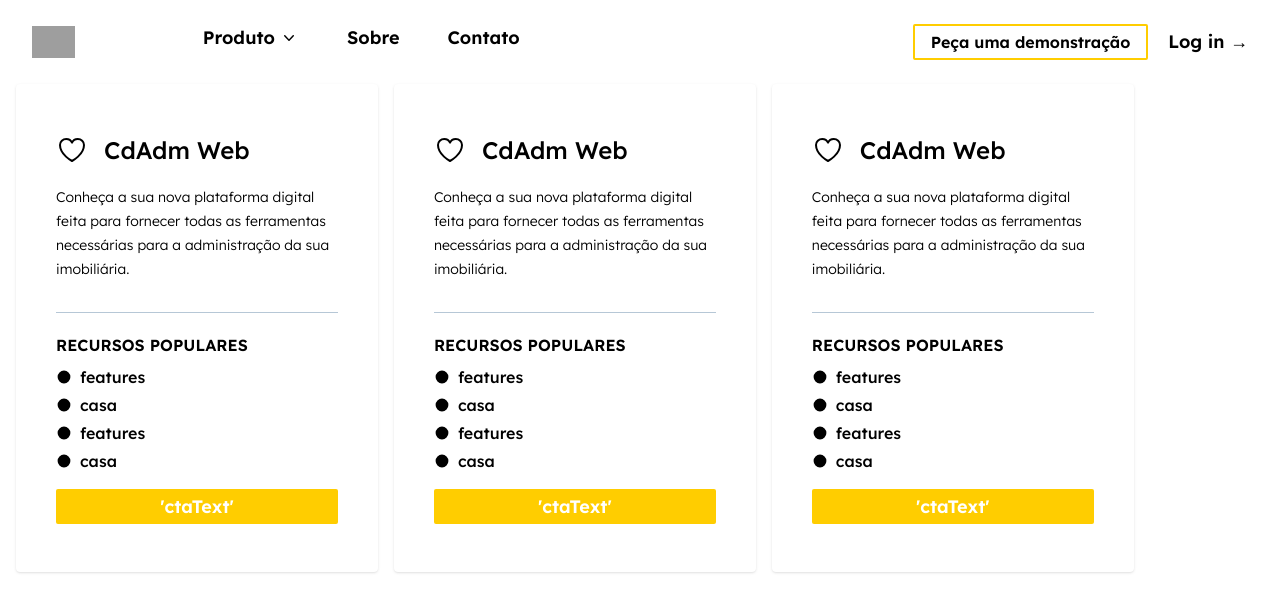
Repository: VereAbsolutum/site-institucional
Page: /
These files come from the project's save history. The page is drawn as it stood at one moment and after a run of saves; the edit follows.
The browser window is 1280 px wide. The pictures show the whole page.
Pictures or frames that could not be fetched are drawn as grey boxes. The project was rebuilt for these pictures with package versions that can differ from the ones it lists, and the page was loaded fresh each time. Also part of the build but not shown: vite.config.ts, src/presentation/components/buttons/button-primary.tsx, src/presentation/components/links/link-border-primary.tsx, src/presentation/components/links/link-border-white.tsx, src/presentation/components/typography/display.tsx, src/presentation/components/typography/heading1.tsx, src/presentation/components/typography/heading2.tsx, src/presentation/components/typography/heading3.tsx and 4 more.

Above is the page before, as saved 2023-04-14 21:26:55.

### src/App.tsx
import React from 'react'
import { BrowserRouter, Routes, Route } from "react-router-dom"
import { Home, NotFound } from './presentation/pages'

const App: React.FC = () => {
  return (
    <BrowserRouter >
      <Routes>
        <Route path='/' element={<Home />} />
        <Route path='*' element={<NotFound />} />
      </Routes>
    </BrowserRouter>
  )
}

export default App

### src/index.css
@import url("https://fonts.googleapis.com/css?family=lexend+Deca:300,500,600|Playfair+Display:500");

:root {
    --font-family-lexend_deca: "Lexend Deca";
    --font-family-playfair_display: "Playfair Display";
    font-family: 'Lexend Deca', sans-serif;
}

@tailwind base;
@tailwind components;
@tailwind utilities;

### src/presentation/pages/index.ts
export { default as Home } from './home/home'
export { default as NotFound } from './not-found/notFound'

### src/presentation/pages/home/home.tsx
import React from 'react';
import { ButtonBorderPrimary, ButtonPrimary, Header, LinkBorderPrimary, LinkBorderWhite, LinkPrimary, TextCaption, TextDisplay, TextHeading1, TextHeading2, TextHeading3, TextMenu, TextParagraph, TextParagraphSmall } from '../../components';
import ProductCard from '../../components/card/product-card';

const home: React.FC = () => {
    return (
        <>
            <Header />
            <main>
                <section>
                    {/* <div className='inline-flex flex-col space-y-4'>
                        <ButtonBorderPrimary label='click here' />
                        <ButtonPrimary label='click here' />
                        <LinkPrimary>
                            Link to click
                        </LinkPrimary>
                        <LinkBorderPrimary>
                            Link to click
                        </LinkBorderPrimary>
                        <LinkBorderWhite>
                            Link to click
                        </LinkBorderWhite>
                        <TextDisplay>Display</TextDisplay>
                        <TextHeading1>Heading 1</TextHeading1>
                        <TextHeading2>Heading 2</TextHeading2>
                        <TextHeading3>Heading 3</TextHeading3>
                        <TextParagraph>Paragraph</TextParagraph>
                        <TextParagraphSmall>Paragraph Small</TextParagraphSmall>
                        <TextCaption>Caption</TextCaption>
                        <TextMenu>Menu</TextMenu>
                    </div> */}

                </section>

                <section className='container'>
                    <div className='flex gap-4 flex-wrap'>
                        <ProductCard></ProductCard>
                        <ProductCard></ProductCard>
                        <ProductCard></ProductCard>
                    </div>

                </section>
            </main>
        </>


    );
};

export default home;

### src/presentation/components/index.ts
export { default as Header } from './header/header'

export { default as ButtonBase } from './buttons/button-base'
export { default as ButtonBorderPrimary } from './buttons/button-border-primary'
export { default as ButtonPrimary } from './buttons/button-primary'

export { default as LinkBase } from './links/link-base'
export { default as LinkPrimary } from './links/link-primary'
export { default as LinkBorderPrimary } from './links/link-border-primary'
export { default as LinkBorderWhite } from './links/link-border-white'

export { default as TextBase } from './typography/text-base'
export { default as TextDisplay } from './typography/display'
export { default as TextHeading1 } from './typography/heading1'
export { default as TextHeading2 } from './typography/heading2'
export { default as TextHeading3 } from './typography/heading3'
export { default as TextParagraph } from './typography/paragraph'
export { default as TextParagraphSmall } from './typography/paragraph-small'
export { default as TextCaption } from './typography/caption'
export { default as TextMenu } from './typography/menu'

### src/presentation/components/card/product-card.tsx
import { HeartIcon } from '@heroicons/react/24/outline';
import React from 'react';
import { LinkPrimary, TextParagraphSmall } from '..';

type ProductCardProps = {
    imageUrl: string;
    title: string;
    description: string;
    features: string[];
    ctaText: string;
    ctaHref: string;
};

const ProductCard: React.FC = () => {
    return (
        <div className="bg-white p-6 rounded shadow px-10 py-12 w-[29%]">
            <div className="flex flex-col">
                <div className="flex items-center mb-4">
                    <HeartIcon className="w-8 h-auto mr-4 text-blue-500" />
                    <h3 className="font-medium text-[24px]">CdAdm Web</h3>
                </div>
                <div>
                    <p className="mb-8">
                        <TextParagraphSmall>
                            Conheça a sua nova plataforma digital feita para fornecer todas as ferramentas necessárias para a administração da sua imobiliária.
                        </TextParagraphSmall>
                    </p>
                    <div className='border-t-black border-t border-solid pt-5'>
                        <h4 className="font-semibold mb-2">RECURSOS POPULARES</h4>
                        <ul className="list-none mb-4">
                            {["features", "casa", "features", "casa"].map((feature, index) => (
                                <li key={index} className="flex items-center mb-1">
                                    <svg className="w-4 h-4 mr-2 text-green-500" viewBox="0 0 20 20" fill="currentColor">
                                        <path d="M10 18a8 8 0 100-16 8 8 0 000 16zm1-13a1 1 0 10-2 0v4a1 1 0 00.293.707l2.828 2.829a1 1 0 101.415-1.415L11 9.586V5z"></path>
                                    </svg>
                                    {feature}
                                </li>
                            ))}
                        </ul>
                        <div>
                            <LinkPrimary className="text-white flex justify-center" href="#">
                                'ctaText'
                            </LinkPrimary>
                        </div>
                    </div>
                </div>
            </div>
        </div>
    );
};

export default ProductCard;

### src/presentation/components/header/header.tsx
import React, { useState } from 'react'
import {
    Bars3Icon,
    ChartPieIcon,
    CursorArrowRaysIcon,
    FingerPrintIcon,
} from '@heroicons/react/24/outline'
import { PhoneIcon, PlayCircleIcon } from '@heroicons/react/20/solid'
import { MainMenu, MobileMenu } from './components'
import { ButtonBorderPrimary } from '..'

const products = [
    { name: 'CdAdm Web', description: 'Get a better understanding of your traffic', href: '#', icon: ChartPieIcon },
    { name: 'CdAdm Grafico', description: 'Speak directly to your customers', href: '#', icon: CursorArrowRaysIcon },
    { name: 'CdFin', description: 'Your customers’ data will be safe and secure', href: '#', icon: FingerPrintIcon }
]
const callsToAction = [
    { name: 'Assista a Demo', href: '#', icon: PlayCircleIcon },
    { name: 'Contato', href: '#', icon: PhoneIcon },
]

function classNames(...classes: string[]) {
    return classes.filter(Boolean).join(' ');
}

const header: React.FC = () => {
    const [mobileMenuOpen, setMobileMenuOpen] = useState(false)

    return (
        <header className="bg-white">
            <nav className="mx-auto flex max-w-7xl items-center justify-between p-6 lg:px-8" aria-label="Global">

                <div className="flex lg:flex-1">
                    <a href="#" className="-m-1.5 p-1.5">
                        <span className="sr-only">SCordon</span>
                        <img className="h-8 w-auto" src="https://tailwindui.com/img/logos/mark.svg?color=indigo&shade=600" alt="" />
                    </a>

                    {/* main menu */}
                    <div className='ml-32'>
                        <MainMenu products={products} />
                    </div>
                </div>

                <div className="flex lg:hidden">
                    {/* Button */}
                    <button
                        type="button"
                        className="-m-2.5 inline-flex items-center justify-center rounded-md p-2.5 text-gray-700"
                        onClick={() => setMobileMenuOpen(true)}
                    >
                        <span className="sr-only">Open main menu</span>
                        <Bars3Icon className="h-6 w-6" aria-hidden="true" />
                    </button>
                </div>



                <div className="hidden lg:flex lg:flex-1 lg:justify-end align-items: center">
                    <div className='mr-5'>
                        <ButtonBorderPrimary label='Peça uma demonstração' />
                    </div>
                    <div className="flex items-center">
                        <a href="#" className="text-lg font-medium leading-6 font-semibold">
                            Log in <span aria-hidden="true">&rarr;</span>
                        </a>
                    </div>
                    {/* Button */}
                </div>
            </nav>

            <MobileMenu
                mobileMenuOpen={mobileMenuOpen}
                setMobileMenuOpen={setMobileMenuOpen}
                products={products}
                callsToAction={callsToAction}
            />
        </header>
    )
}

export default header

### src/presentation/components/buttons/button-base.tsx
import React from 'react'

export type ButtonProps = React.ButtonHTMLAttributes<HTMLButtonElement> & {
    label: string;
    className?: string;
};

const buttonBase: React.FC<ButtonProps> = ({ label, className, ...rest }) => {
    const baseClasses =
        'font-semibold rounded-sm hover:bg-blue-700 focus:outline-none focus:ring-2 focus:ring-blue-400 focus:ring-opacity-75';

    return (
        <button className={`${baseClasses} ${className}`} {...rest}>
            {label}
        </button>
    );
};

export default buttonBase;

### src/presentation/components/buttons/button-border-primary.tsx
// BorderedButton.tsx
import React from 'react';
import { ButtonBase } from '..';
import { ButtonProps } from './button-base';

const buttonBorderPrimary: React.FC<ButtonProps> = ({ className, ...rest }) => {
    const baseClasses = 'px-4 py-1 border-2 border-yellow bg-transparent border border-blue-500 text-blue-500 hover:bg-blue-500';

    return <ButtonBase className={`${baseClasses} ${className}`} {...rest} />;
};

export default buttonBorderPrimary;

### src/presentation/components/links/link-base.tsx
import React from 'react';

export type LinkBaseProps = React.AnchorHTMLAttributes<HTMLAnchorElement> & {
    className?: string;
};

const linkBase: React.FC<LinkBaseProps> = ({ children, className, ...rest }) => {
    const baseClasses =
        'font-semibold cursor-pointer rounded-sm hover:bg-blue-700 focus:outline-none focus:ring-2 focus:ring-blue-400 focus:ring-opacity-75';

    return (
        <a className={`${baseClasses} ${className}`} {...rest}>
            {children}
        </a>
    );
};

export default linkBase;

### src/presentation/components/links/link-primary.tsx
// FilledButton.tsx
import React from 'react';
import { LinkBase } from '..';
import { LinkBaseProps } from './link-base';

const linkPrimary: React.FC<LinkBaseProps> = ({ className, ...rest }) => {
    const baseClasses = 'px-4 py-1 bg-blue-500 bg-yellow hover:bg-blue-700 text-lg font-medium';

    return <LinkBase className={`${baseClasses} ${className}`} {...rest} />;
};

export default linkPrimary;

### src/presentation/components/typography/text-base.tsx
import React from 'react';

export type TextBaseProps = React.HTMLAttributes<HTMLSpanElement> & {
    className?: string;
};

const textBase: React.FC<TextBaseProps> = ({ children, className, ...rest }) => {
    const baseClasses = '';

    return (
        <span className={`${baseClasses} ${className}`} {...rest}>
            {children}
        </span>
    );
};

export default textBase;

### src/presentation/components/typography/paragraph-small.tsx
import React from 'react';
import { TextBase } from '..';
import { TextBaseProps } from './text-base';

const textParagraphSmall: React.FC<TextBaseProps> = ({ children, className, ...rest }) => {
    const baseClasses = 'text-sm font-light';

    return (
        <TextBase className={baseClasses} {...rest}>
            {children}
        </TextBase>
    );
};

export default textParagraphSmall;

### src/presentation/components/header/components/index.ts
export { default as MobileMenu } from './mobile-menu'
export { default as MainMenu } from './main-menu'

### src/presentation/components/header/components/mobile-menu.tsx
import React from 'react'
import { Dialog, Disclosure } from '@headlessui/react'
import { ChevronDownIcon, XMarkIcon } from '@heroicons/react/24/outline'
import { ButtonFilled } from '../..';

function classNames(...classes: string[]) {
    return classes.filter(Boolean).join(' ');
}

export type MobileMenuProps = {
    mobileMenuOpen: boolean
    setMobileMenuOpen: (open: boolean) => void
    products: Array<{
        name: string
        description: string
        href: string
        icon: any
    }>
    callsToAction: Array<{
        name: string
        href: string
        icon: any
    }>
}

const mobileMenu: React.FC<MobileMenuProps> = ({ mobileMenuOpen, setMobileMenuOpen, products, callsToAction }) => {
    return (
        <Dialog as="div" className="lg:hidden" open={mobileMenuOpen} onClose={setMobileMenuOpen}>
            <div className="fixed inset-0 z-10" />

            {/* Mobile Menu */}
            <Dialog.Panel className="fixed inset-y-0 right-0 z-10 w-full overflow-y-auto bg-white px-6 py-6 sm:max-w-sm sm:ring-1 sm:ring-gray-900/10">
                <div className="flex items-center justify-between">
                    <a href="#" className="-m-1.5 p-1.5">
                        <span className="sr-only">Your Company</span>
                        <img
                            className="h-8 w-auto"
                            src="https://tailwindui.com/img/logos/mark.svg?color=indigo&shade=600"
                            alt=""
                        />
                    </a>


                    <button
                        type="button"
                        className="-m-2.5 rounded-md p-2.5 text-gray-700"
                        onClick={() => setMobileMenuOpen(false)}
                    >
                        <span className="sr-only">Close menu</span>
                        <XMarkIcon className="h-6 w-6" aria-hidden="true" />
                    </button>

                </div>

                <div className="mt-6 flow-root">
                    <div className="-my-6 divide-y divide-gray-500/10">
                        <div className="space-y-2 py-6">
                            <Disclosure as="div" className="-mx-3">
                                {({ open }) => (
                                    <>
                                        <Disclosure.Button className="flex w-full font-medium text-lg  items-center justify-between rounded-lg py-2 pl-3 pr-3.5 leading-7 hover:bg-gray-50">
                                            Product
                                            <ChevronDownIcon
                                                className={classNames(open ? 'rotate-180' : '', 'h-5 w-5 flex-none')}
                                                aria-hidden="true"
                                            />
                                        </Disclosure.Button>
                                        <Disclosure.Panel className="mt-2 space-y-2">
                                            {[...products, ...callsToAction].map((item) => (
                                                <Disclosure.Button
                                                    key={item.name}
                                                    as="a"
                                                    href={item.href}
                                                    className="block rounded-lg py-2 pl-6 pr-3 text-sm font-semibold leading-7 text-gray-900 hover:bg-gray-50"
                                                >
                                                    {item.name}
                                                </Disclosure.Button>
                                            ))}
                                        </Disclosure.Panel>
                                    </>
                                )}
                            </Disclosure>
                            <a
                                href="#"
                                className="-mx-3 block rounded-lg px-3 py-2 font-medium text-lg leading-7 text-gray-900 hover:bg-gray-50"
                            >
                                Features
                            </a>
                            <a
                                href="#"
                                className="-mx-3 block rounded-lg px-3 py-2 font-medium text-lg leading-7 hover:bg-gray-50"
                            >
                                Marketplace
                            </a>
                            <a
                                href="#"
                                className="-mx-3 block rounded-lg px-3 py-2 font-medium text-lg leading-7 hover:bg-gray-50"
                            >
                                Company
                            </a>
                        </div>

                        <div className="py-6">
                            <a
                                href="#"
                                className="-mx-3 block rounded-lg px-3 py-2.5 font-medium text-lg leading-7 hover:bg-gray-50"
                            >
                                Log in
                            </a>
                        </div>
                    </div>
                </div>
            </Dialog.Panel>
        </Dialog>
    )
}

export default mobileMenu

### src/presentation/components/header/components/main-menu.tsx
import React, { Fragment } from 'react'
import { Popover, Transition } from '@headlessui/react'
import { ChevronDownIcon } from '@heroicons/react/20/solid'
import { PlayCircleIcon, PhoneIcon } from '@heroicons/react/20/solid'
import { Product } from './header-types'

const callsToAction = [
    { name: 'Watch demo', href: '#', icon: PlayCircleIcon },
    { name: 'Contact sales', href: '#', icon: PhoneIcon },
]

export type MainMenuProps = { products: Product[] }

const MainMenu: React.FC<MainMenuProps> = ({ products }) => {
    return (
        <Popover.Group className="hidden lg:flex lg:gap-x-12">
            <Popover className="relative">
                <Popover.Button className="flex items-center gap-x-1 text-lg  font-semibold  leading-6">
                    Produto
                    <ChevronDownIcon className="h-5 w-5 flex-none text-gray-400" aria-hidden="true" />
                </Popover.Button>

                <Transition
                    as={Fragment}
                    enter="transition ease-out duration-200"
                    enterFrom="opacity-0 translate-y-1"
                    enterTo="opacity-100 translate-y-0"
                    leave="transition ease-in duration-150"
                    leaveFrom="opacity-100 translate-y-0"
                    leaveTo="opacity-0 translate-y-1"
                >
                    <Popover.Panel className="absolute -left-8 top-full z-10 mt-3 w-screen max-w-md overflow-hidden rounded-3xl bg-white shadow-lg ring-1 ring-gray-900/5">
                        <div className="p-4">
                            {products.map((item) => (
                                <div
                                    key={item.name}
                                    className="group relative flex items-center gap-x-6 rounded-lg p-4 text-sm leading-6 hover:bg-gray-50"
                                >
                                    <div className="flex h-11 w-11 flex-none items-center justify-center rounded-lg bg-gray-50 group-hover:bg-white">
                                        <item.icon className="h-6 w-6 text-gray-600 group-hover:text-indigo-600" aria-hidden="true" />
                                    </div>
                                    <div className="flex-auto">
                                        <a href={item.href} className="block font-semibold text-gray-900">
                                            {item.name}
                                            <span className="absolute inset-0" />
                                        </a>
                                        <p className="mt-1 text-gray-600">{item.description}</p>
                                    </div>
                                </div>
                            ))}
                        </div>
                        <div className="grid grid-cols-2 divide-x divide-gray-900/5 bg-gray">  </div>
                        <div className="grid grid-cols-2 divide-x divide-gray-900/5 bg-gray-50">
                            {callsToAction.map((item) => (
                                <a
                                    key={item.name}
                                    href={item.href}
                                    className="flex items-center justify-center gap-x-2.5 p-3 text-sm font-semibold leading-6 text-gray-900 hover:bg-gray-100"
                                >
                                    <item.icon className="h-5 w-5 flex-none text-gray-400" aria-hidden="true" />
                                    {item.name}
                                </a>
                            ))}
                        </div>
                    </Popover.Panel>
                </Transition>
            </Popover>

            <a href="#" className="text-lg  font-semibold  leading-6 text-gray-900">
                Sobre
            </a>
            <a href="#" className="text-lg  font-semibold  leading-6 text-gray-900">
                Contato
            </a>
        </Popover.Group>
    )
}

export default MainMenu

### tailwind.config.js
/** @type {import('tailwindcss').Config} */
export default {
  content: [
    "./index.html",
    "./src/**/*.{js,ts,jsx,tsx}",
  ],
  theme: {
    fontFamily: {
      display: ['Playfair Display', 'serif'],
      sans: ['Lexend Deca', 'sans-serif']
    },
    container: {
      center: true,
      padding: '1rem',
      screens: {
        sm: '640px',
        md: '768px',
        lg: '1024px',
        xl: '1280px',
        '2xl': '1536px',
      },
    },
    colors: {
      yellow: '#FFCD00',
      black: '#1A1A1A',
      blue: '#2E475D',
      white: '#FFFFFF',
    },
    fontSize: {
      xs: '12px',
      sm: '14px',
      base: '16px',
      lg: '18px',
      xl: '22px',
      xxl: '32px',
      '2xl': '38px',
      '3xl': '59px'
    },
    extend: {
      borderColor: {
        'black': '#b6c7d6',
      },
    },
  },
  plugins: [],
}

Loaded but not shown: index.html (common file); src/main.tsx (common file)

After the next 2 saves:
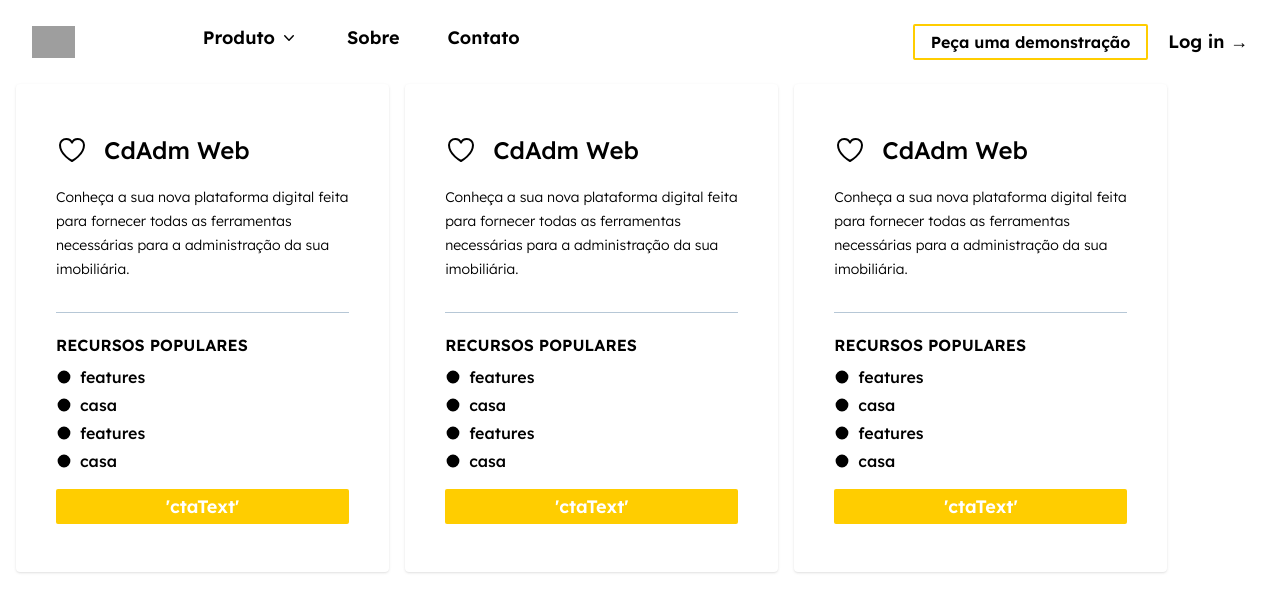
The 2 saves are shown as one change because they came seconds apart.
The last was saved 8 s later.
--- a/src/presentation/components/card/product-card.tsx
+++ b/src/presentation/components/card/product-card.tsx
@@ -13,7 +13,7 @@ type ProductCardProps = {
 
 const ProductCard: React.FC = () => {
     return (
-        <div className="bg-white p-6 rounded shadow px-10 py-12 w-[29%]">
+        <div className="bg-white p-6 rounded shadow px-10 py-12 w-[29.9%]">
             <div className="flex flex-col">
                 <div className="flex items-center mb-4">
                     <HeartIcon className="w-8 h-auto mr-4 text-blue-500" />
